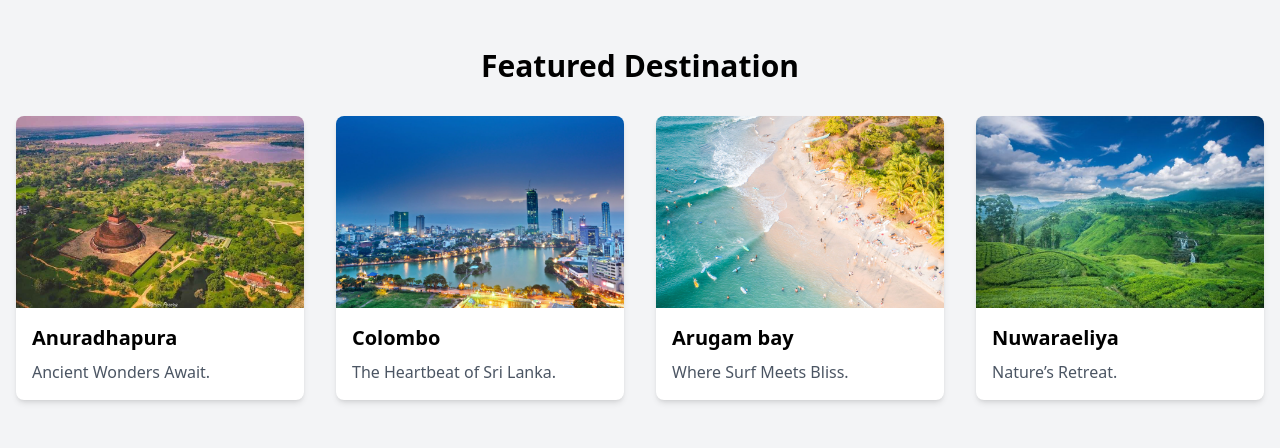
Repository: thisara199/Travel-Agency-Website
Page: /
These files come from the project's save history. The page is drawn as it stood at one moment and after the next save; the edit follows.
The browser window is 1280 px wide. The pictures show the part of the page from y = 720 to 1192 px (the page is 1168 px tall before and 1192 px after).
The project was rebuilt for these pictures with package versions that can differ from the ones it lists, and the page was loaded fresh each time. Also part of the build but not shown: vite.config.js.

Above is the page before, as saved 2024-09-04 05:16:41.

After the next save:
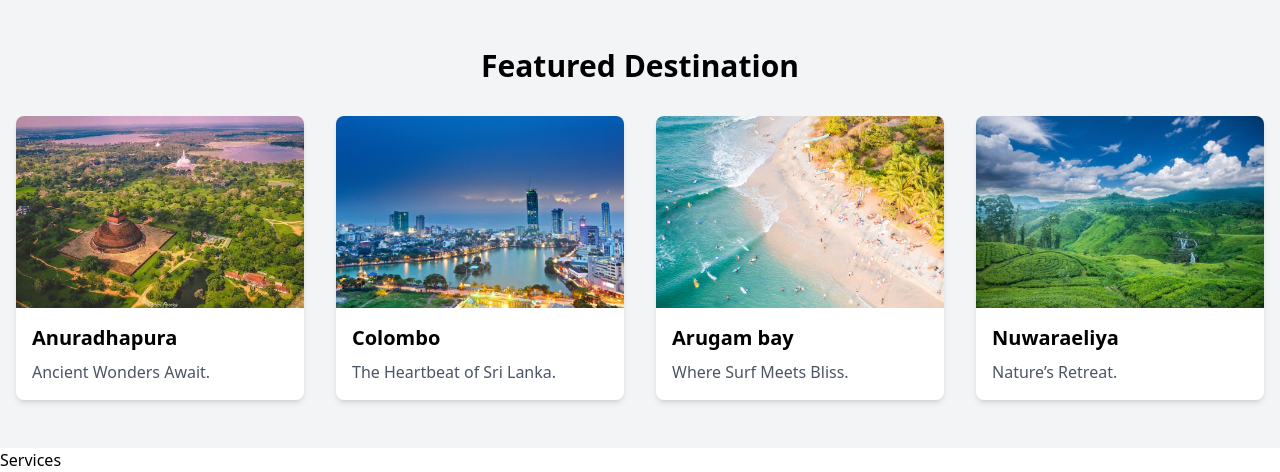
Saved 10 s later.
--- a/src/components/Services/Services.jsx
+++ b/src/components/Services/Services.jsx
@@ -3,7 +3,7 @@
 const Services = () => {
   return (
     <div>
-
+      Services
     </div>
   )
 }
